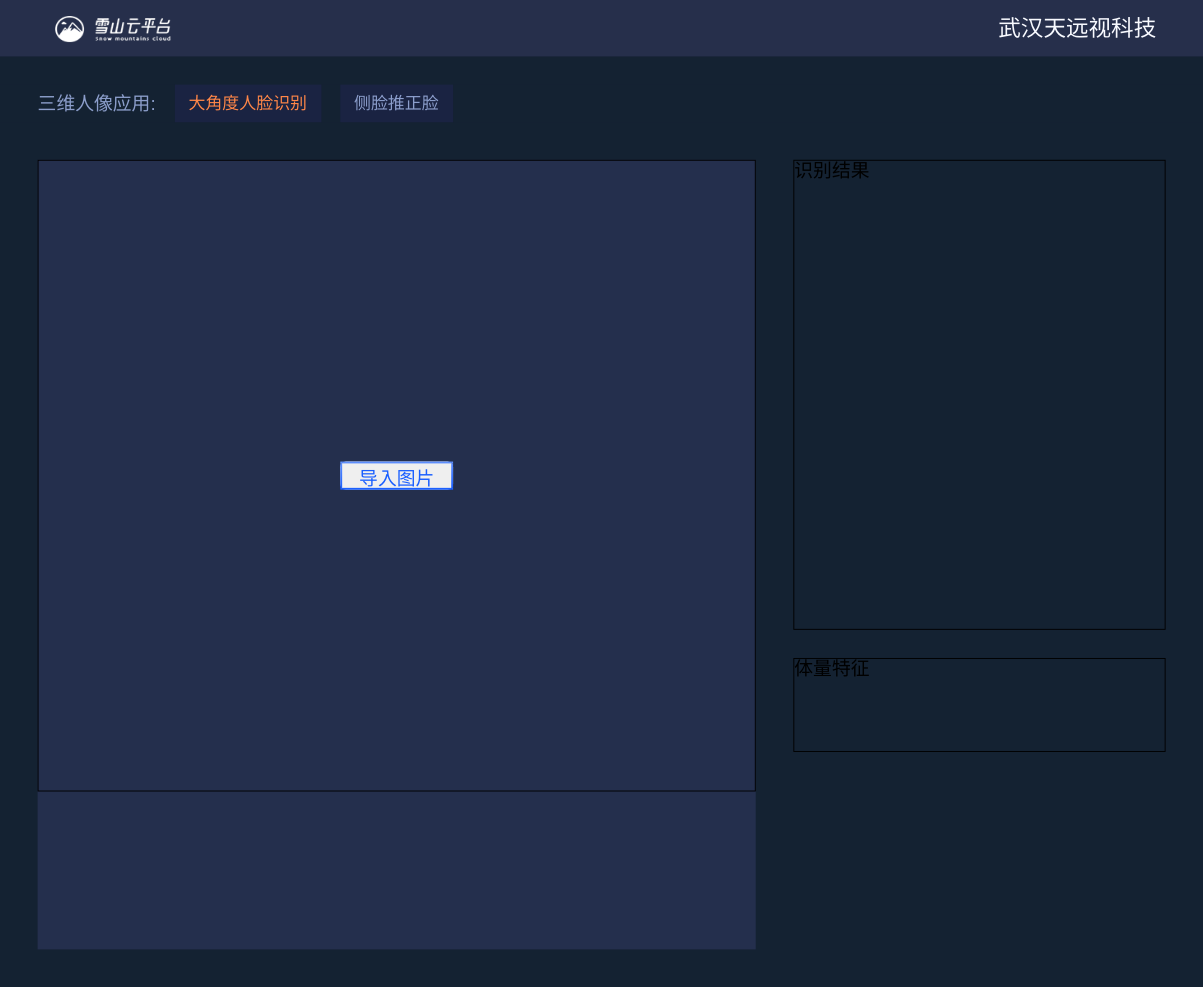
Repository: fyt2020/pubilcDemlo
Page: /
These files come from the project's save history. The page is drawn as it stood at one moment and after the next save; the edit follows.
The browser window is 1280 px wide. The pictures show the whole page, at 94% of full size.
The project was rebuilt for these pictures with package versions that can differ from the ones it lists, and the page was loaded fresh each time.

Above is the page before, as saved 2020-04-28 11:04:06.

### index.html
<!DOCTYPE html>
<html>
  <head>
    <meta charset="utf-8">
    <meta name="viewport" content="width=device-width,initial-scale=1.0">
    <title>pubilcdemo</title>
    <script src="./static/config.js"></script>
    <script src="./static/main.js"></script>
  </head>
  <body>
    <div id="app"></div>
    <!-- built files will be auto injected -->
  </body>
</html>

### src/main.js
// The Vue build version to load with the `import` command
// (runtime-only or standalone) has been set in webpack.base.conf with an alias.
import Vue from 'vue'
import App from './App'
import router from './router'
import '@/assets/css/reset.css'
import axios from '@/plugins/axios';

Vue.config.productionTip = false
Vue.prototype.$http = axios;
/* eslint-disable no-new */
new Vue({
  el: '#app',
  router,
  components: { App },
  template: '<App/>'
})

### src/router/index.js
import Vue from 'vue'
import Router from 'vue-router'
import Home from '@/pages/Home'

Vue.use(Router)

export default new Router({
  linkExactActiveClass: "exactActive",
  linkActivesClass: "active",
  routes: [
    {
      path: '/',
      name: 'home',
      component: Home,
      meta:{
        needTooken:false
      },
      redirect:'/bigAngle',
      children:[
        {
          path: 'bigAngle',
          name: 'bigAngle',
          component: () => import("@/pages/bigAngle"),
          meta:{
            needTooken:false
          },

        },
        {
          path: 'face',
          name: 'face',
          component: () => import("@/pages/face"),
          meta:{
            needTooken:false
          },

        }

      ]
    }
  ]
})

### src/assets/css/reset.css
@charset "UTF-8";
/**
 * @desc pc端常用reset.css
 * @author archer
 * @date 2018-08-26
 */
html,body,div,p,ul,li,dl,dt,dd,em,i,span,a,img,input,h1,h2,h3,h4,h5,nav,section,footer,header,table,tr,th,td,ul,li{margin:0;padding:0;box-sizing: border-box;}
h1,h2,h3,h4,h5,h6{font-weight:normal}
i,em,b{font-style:normal}
article,aside,details,figcaption,figure,footer,header,menu,nav,section {display: block;}
a,img,input {border:none;}
a {text-decoration:none;}
a:hover, a:active {outline: none;}
ul,li{list-style: none}
button,input,select,textarea{font-size:100%;outline:none}
table{border-collapse:collapse;border-spacing:0}
html, body {width: 100%;height: 100%;}
body{font-family:"Helvetica Neue",Helvetica, Arial,sans-serif; font-size: 14px;line-height:1}

### src/pages/Home.vue
<template>
  <div class="home">
      <div class="header">
           <div class="header__left">
                <img src="../assets/img/logo1.png" alt="" class="logo_img">

           </div>
           <div class="header__right">
                <span>武汉天远视科技</span>
           </div>
      </div>
      <div class="navigation">
            <span class="navigation__title">三维人像应用:</span>
            <router-link tag="li" :to="{name:'bigAngle'}" class="navigation__item">大角度人脸识别</router-link>
            <router-link tag="li" :to="{name:'face',params:{id:'self'}}" class="navigation__item">侧脸推正脸</router-link>
      </div>

      <div class="content">
         <router-view />
      </div>

  </div>
</template>

<script>
export default {
  data() {
    return {};
  },
  computed: {},
  created() {

  },
  mounted() {

  },
  methods: {

  },
  components: {}
};
</script>

<style lang="scss" scoped>
@import "~@/assets/css/home.scss";
</style>

### src/pages/bigAngle.vue
<template>
  <div class="bigAngle">
    <div class="bigAngle__left">
      <div class="left__top">
        <img :src="uploadImgUrl" alt class="uploadImg" v-if="uploadImgUrl" />
        <img
          src="../assets/img/delete.png"
          alt
          class="delete__img"
          v-show="closeKey"
          @click="close"
        />
        <button class="btn" @click="uploadFile2" v-if="btnKey">
          导入图片
          <form
            name="fileList"
            id="fileList"
            action="uploadURL"
            method="POST"
            enctype="multipart/form-data"
            class="file"
          >
            <input
              type="file"
              hidden
              @change="beforeUploadFile2($event)"
              id="upload_file2"
              class="file-inp"
            />
          </form>
        </button>
      </div>
      <!-- <div class="left__bottom">
        <span class="left__bottomT">识别目标</span>
        <ul class="recg__box">
          <li class="recg__item" v-for="item in angleImg" :key="item.id">
            <img :src="item.src" alt class="recg__itemImg"/>
          </li>
        </ul>
      </div> -->
    </div>
    <div class="bigAngle__right">
      <div class="right__top">
        <span class="right__topT">识别结果</span>
        <div id="WebGL-output"></div>
        <ul class="info__box" v-if="infoObj.collectNo">
          <li class="info__item">
            <span class="info__iteml">采集编号:</span>
            <span class="info__itemr">{{infoObj.collectNo}}</span>
          </li>
          <li class="info__item">
            <span class="info__iteml">性别:</span>
            <span class="info__itemr">{{infoObj.sex}}</span>
          </li>
          <li class="info__item">
            <span class="info__iteml">证件号:</span>
            <span class="info__itemr">{{infoObj.idNo}}</span>
          </li>
          <li class="info__item">
            <span class="info__iteml">采集时间:</span>
            <span class="info__itemr">{{infoObj.time}}</span>
          </li>
        </ul>
      </div>
      <div class="right__bottom">
           <span class="right__topT">体量特征</span>
           <ul class="tl__box" v-if="charData.length>0">
               <li class="tl__item" v-for="item in charData" :key="item.value">
                   <span class="tl__iteml same">{{item.title}}</span>
                   <span class="tl__itemr same">{{item.value}}</span>
               </li>
           </ul>
      </div>
    </div>
  </div>
</template>

<script>
import axios from 'axios'
export default {
  props: {},
  data() {
    return {
      btnKey: true,
      uploadImgUrl: "",
      closeKey: false,
      camera: null,
      renderer: null,
      boxHelper: null,
      animationId: null,
      modelObj: null,
      scene: null,
      infoObj: {
          collectNo:'',
          sex:'',
          time:'',
          idNo:''
      },
      charData:[],
      angleImg:[],

      source: 0
    };
  },
  computed: {},
  created() {},
  mounted() {},
  watch: {},
  methods: {
    close() {
      console.log($('#WebGL-output'))
      $('#WebGL-output').empty();
      this.uploadImgUrl = "";
      this.closeKey = false;
      this.btnKey = true;
      this.angleImg = [];
      this.charData =[];
      this.infoObj = {
          collectNo:'',
          sex:'',
          time:'',
          idNo:''
      },
      this.removeEntity(this.modelObj);
    },
    uploadFile2() {
      let file = document.getElementById("upload_file2");
      file.click();
    },
    beforeUploadFile2(e) {
      let VM = this;
      let files = e.target.files[0];
      let nameArr = e.target.files[0].name.split(".");
      let len = nameArr.length;
      let startName = e.target.files[0].name.split(".")[0];
      let endName = nameArr[len - 1];
      if (
        endName != "jpg" &&
        endName != "png" &&
        endName != "jpeg" &&
        endName != "JPG" &&
        endName != "PNG" &&
        endName != "JPEG"
      ) {
        VM.$Message.error(`上传图片格式不是jpg或png!`);
        return;
      }
      if (!files) {
        return;
      }
      this.btnKey = false;
      this.closeKey = true;
      let reader = new FileReader();
      reader.onloadend = function() {
        VM.uploadImgUrl = reader.result;
      };
      reader.readAsDataURL(files);
      this.angleImg = [{id:Math.floor(Math.random*100),src:`../../static/data/${startName}/${startName}_angle.jpg`}];
      this.INIT(400, 400, startName);
      this.getInfo(startName);
    },

    INIT(width, height, name) {
      let VM = this;
      //场景构建
      VM.scene = new THREE.Scene();
      //相机构建
      VM.camera = new THREE.PerspectiveCamera(45, width / height, 0.1, 2000); //四个参数 视场角 方向 最近距 最远距  fov对应着图中的视角，是上下两面的夹角。aspect是近平面的宽高比。
      // camera.lookAt( new THREE.Vector3(0, 0, 0));
      //渲染器构建
      VM.renderer = new THREE.WebGLRenderer({
        antialias: true
      });

      //设置背景颜色
      VM.renderer.setClearColor(0x484b5f);
      //三个参数 width height updateStyle第三个选填
      VM.renderer.setSize(width, height);
      //激活阴影
      VM.renderer.shadowMapEnabled = true;
      //添加材质灯光阴影
      var ambiColor = "ffffff";
      var ambientLight = new THREE.AmbientLight(ambiColor);
      VM.scene.add(ambientLight);

      //添加坐标系
      // var axes = new THREE.AxisHelper(100);
      // scene.add(axes);

      //添加网格
      // var helper = new THREE.GridHelper( 1000, 50 ,0x0000ff, 0xff8080);
      // scene.add(helper);
      VM.boxHelper = new THREE.BoxHelper();

      var controls = new THREE.OrbitControls(VM.camera, VM.renderer.domElement);
      //controls.target = new THREE.Vector3(0, 0, 0);
      // 使动画循环使用时阻尼或自转 意思是否有惯性
      controls.enableDamping = true;
      //动态阻尼系数 就是鼠标拖拽旋转灵敏度
      controls.dampingFactor = 0.25;
      //是否可以缩放
      controls.enableZoom = true;
      //是否自动旋转
      controls.autoRotate = false;
      //设置相机距离原点的最近距离
      //controls.minDistance = 200;
      //设置相机距离原点的最远距离
      //controls.maxDistance = 600;
      //是否开启右键拖拽
      controls.enablePan = true;
      //上下旋转范围
      controls.minPolarAngle = 0;
      controls.maxPolarAngle = Math.PI * (90 / 180);
      //左右旋转范围
      controls.minAzimuthAngle = -Math.PI * (60 / 180);
      controls.maxAzimuthAngle = Math.PI * (60 / 180);

      controls.panSpeed = 0.2;
      controls.rotateSpeed = 0.1;
      //模型
      var onProgress = function(xhr) {
        // if (xhr.lengthComputable) {
        //   //可计算的长度
        //   var percentCompvare = (xhr.loaded / xhr.total) * 100; //加载程度百分比
        //   var elem = document.getElementById("myBar");
        //   var width = parseInt(percentCompvare);
        //   elem.style.width = width + "%";
        //   $(".loading").text("正在下载:" + parseInt(percentCompvare) + "%");
        // }
      };
      var onError = function(xhr) {
        // $(".loading")
        //   .show()
        //   .text("下载失败");
        return;
      };

      var modelPath = `../../static/data/${name}`;
      var objLoader = new THREE.OBJLoader2();
      var callbackOnLoad = function(event) {
        VM.modelObj = event.detail.loaderRootNode;
        VM.modelObj.name = `${name}`;
        VM.modelObj.scale.set(1.9, 1.9, 1.9);
        VM.modelObj.children[0].geometry.computeBoundingBox();
        VM.modelObj.rotation.x = THREE.Math.degToRad(-88);
        VM.modelObj.children[0].geometry.center();
        VM.boxHelper.setFromObject(VM.modelObj);
        let center = VM.boxHelper.geometry.boundingSphere.center;
        let radius = VM.boxHelper.geometry.boundingSphere.radius;
        let cameraPos = new THREE.Vector3(
          center.x + VM.modelObj.position.x,
          center.y + VM.modelObj.position.y,
          radius * 2.2 + center.z + VM.modelObj.position.z
        );
        let lookPos = new THREE.Vector3(
          center.x + VM.modelObj.position.x,
          center.y + VM.modelObj.position.y,
          center.z + VM.modelObj.position.z
        );
        VM.camera.position.copy(cameraPos);
        controls.target = lookPos;
        VM.camera.lookAt(lookPos);
        VM.scene.add(VM.modelObj);
      };
      let typeObj = VM.source == "1" ? "textured" : "cut";
      objLoader.loadMtl(modelPath + `/${typeObj}_mesh.mtl`, null, function(
        materialCreator
      ) {
        materialCreator[`${typeObj}_mesh`].opacity = 1; // new THREE.Color(1,1,1)
        objLoader.setMaterials(materialCreator);
        objLoader.setLogging(true, true);
        objLoader.load(
          modelPath + `/${typeObj}_mesh.obj`,
          callbackOnLoad,
          onProgress,
          onError,
          null,
          false
        );
      });
      VM.camera.lookAt(VM.scene.position);
      //在页面上添加渲染器，dom元素
      $("#WebGL-output").append(VM.renderer.domElement);
      renderScene();
      VM.getModelTxt(name);
      function renderScene() {
        var clock = new THREE.Clock();
        var delta = clock.getDelta(); //三角点
        controls.update();
        VM.camera.updateProjectionMatrix();
        VM.animationId = requestAnimationFrame(renderScene); //请求动画框架
        VM.renderer.render(VM.scene, VM.camera);
      }
    },
    clearRenderer() {
      let VM = this;
      VM.renderer.dispose();
      VM.renderer.forceContextLoss();
      VM.renderer.context = null;
      VM.renderer.domElement = null;
      VM.renderer = null;
    },
    getModelTxt(name) {
      let VM = this;
      let id = new Date().getTime();
      let params = {
        headers: {
          "Content-Type": "text/plain;charset=utf-8"
        },
        responseType: "text/json",
        inCharset: "utf-8",
        outCharset: "utf-8",
        timeout: 30000,
        random: id
      };
      axios
        .get(
          `../../static/data/${name}/face_points_distance.txt`,
        )
        .then(function(res) {
            let newData = res.data.split("\r\n");
            let len = newData.length;
            for (var i = 0; i < len; i++) {
              let obj = {};
              if (newData[i]) {
                let k = newData[i].split(":")[0];
                let v = newData[i].split(":")[1];
                obj['title'] = k;
                obj['value'] = v;
              }
              VM.charData.push(obj)
            }
        })
        .catch(function(error) {
          console.log(error);
        });
    },
    getInfo(name) {
      let VM = this;
      this.$http.api
        .get(`../../static/data/${name}/${name}.json`)
        .then(function(res) {
          if (res.data.code === 0) {
            let data = res.data.result;
            VM.infoObj = data
          }
        })
        .catch(function(error) {
          console.log(error);
        });
    },
    //移除模型
    removeEntity(object) {
      let selectedObject = this.scene.getObjectByName(object.name);
      // console.log('renderer.renderLists',this.renderer.renderLists)
      selectedObject.traverse(function(item) {
        if (item instanceof THREE.Mesh) {
          item.geometry.dispose(); //删除几何体
          //item.material.dispose(); //删除材质
          if (Array.isArray(item.material)) {
            item.material.forEach(function(i) {
              i.dispose(); //删除材质
            });
          } else {
            item.material.dispose();
          }
        }
      });
      this.scene.remove(selectedObject);
      this.renderer.dispose();
      this.renderer.clear();
      this.renderer.renderLists.dispose();
      this.modelObj = null;
      THREE.Cache.clear();
    }
  },
  beforeDestroy() {},
  components: {}
};
</script>

<style scoped lang="scss">
@import "@/assets/css/bigAngle.scss";
</style>

### src/assets/css/home.scss

@import "@/assets/css/func.scss";
.home{
    font-size: 20px;
    width: 100vw;
    height: 100vh;
    background-color: #142232;
    .header{
        width: 100%;
        height: 60px;
        background-color: #262f4b;
        display: flex;
        align-items: center;
        color:  #f8faff;;
        justify-content: space-between;
        padding: 0 50px;
        font-size: 24px;
        .header__left{
            height: 100%;
            display: flex;
            align-items: center;
            .logo_img{
                width: 141px;
                height: 35px;
            }
        }
        .header__right{
            height: 100%;
            display: flex;
            align-items: center;
        }
    }
    .navigation{
        width: 100%;
        height: 40px;
        display: flex;
        align-items: center;
        box-sizing: border-box;
        background-color: #142232;
        color:  #8c9ecb;
        padding: 0 40px;
        margin-top: 30px;
        .navigation__title{
            margin-right: 20px;
        }
        &__item{
            height: 40px;
            line-height: 40px;
            box-sizing: border-box;
            padding: 0 15px;
            margin-right: 20px;
            font-size: 18px;
            color: #8c9ecc;
            background-color:  #1a2342;
        }
        &__item.exactActive{
             display: flex;
             color: #ff8748;
            //  background: url('#{$img}/qhbtn.png') no-repeat center;
             background-size: 100% 100%;

        }
    }
    .content{
        // height: calc(100% - 120px);
        width: 100%;
        padding: 40px;
        background-color: #142232;
    }
}

### src/assets/css/func.scss
// @function px2Rem($px, $base-font-size: 19.2px) {
//     @if (unitless($px)) { //有无单位
//       @return ($px / 19.2) * 1rem;
//     } @else if (unit($px) == em) {
//       @return $px;
//     }
//     @return ($px / $base-font-size) * 1rem;
// }

$img:"../../assets/img";

### src/assets/css/bigAngle.scss
.bigAngle{
     display: flex;
     width: 100%;
     height: 100%;
     .bigAngle__left{
        width: 994px;
        height: 840px;
        margin-right: 40px;
        display: flex;
        flex-direction: column;
        background-color: #242f4d;
        .left__top{
             width: 100%;
             height: 80%;
             border: 1px solid black;
             margin-bottom: 20px;
             display: flex;
             align-items: center;
             justify-content: center;
             position: relative;
             .uploadImg{
                height: 100%;
             }
             .delete__img{
                position: absolute;
                width: 36px;
                height: 36px;
                right: 20px;
                top:20px;
                transition: all 0.1 linear;
                z-index: 2100;
                cursor: pointer;
             }
             .btn{
                 position: absolute;
                 outline: none;
                 border-style: solid;
                 border-width: 2px;
                 border-image-source: linear-gradient(0deg,#1a5fff 0%, #5f8ffd 100%);
                 border-image-slice: 1;
                 width: 120px;
                 height: 30px;
                 line-height: 30px;
                 color: #1a5fff;
                 border-radius: 6px;
                 z-index: 9999;
             }
        }
        .left__bottom{
            width: 100%;
            height: 15%;
            border: 1px solid black;
            .left__bottom{

            }
            .recg__box{

                display: flex;
                align-items: center;
                justify-content: flex-start;
                .recg__item{
                    width: 100px;
                    height: 100px;
                    .recg__itemImg{

                        height: 100%;
                    }
                }
            }
        }
     }
     .bigAngle__right{
        width: 33%;
        height: 100%;


        .right__top{
            border: 1px solid black;
            width: 100%;
            height: 500px;
            position: relative;
            margin-bottom: 30px;
            .right__topT{

            }
            #WebGL-output{
                width: 400px;
                height: 400px;
            }
            .info__box{
                position: absolute;
                right: 0;
                bottom: 0;
                width: 300px;
                height: 200px;
                background-color: black;
                display: flex;
                flex-direction: column;

                color: blanchedalmond;


            }
        }
        .right__bottom{

            border: 1px solid black;
            width: 100%;
            height: 100px;
            .right__topT{

            }
            .tl__box{
                display: flex;

                .tl__item{



                 .same{




                 }
                 .tl__iteml{

                 }
                 .tl__itemr{

                 }
                }
            }


        }

     }
}

### static/config.js
window.BASEURL = {
     type:'id',

     imgUrl__collectNo:'srlp1576136811447'
};

Loaded but not shown: src/App.vue (common file); src/plugins/axios.js (library)

After the next save:
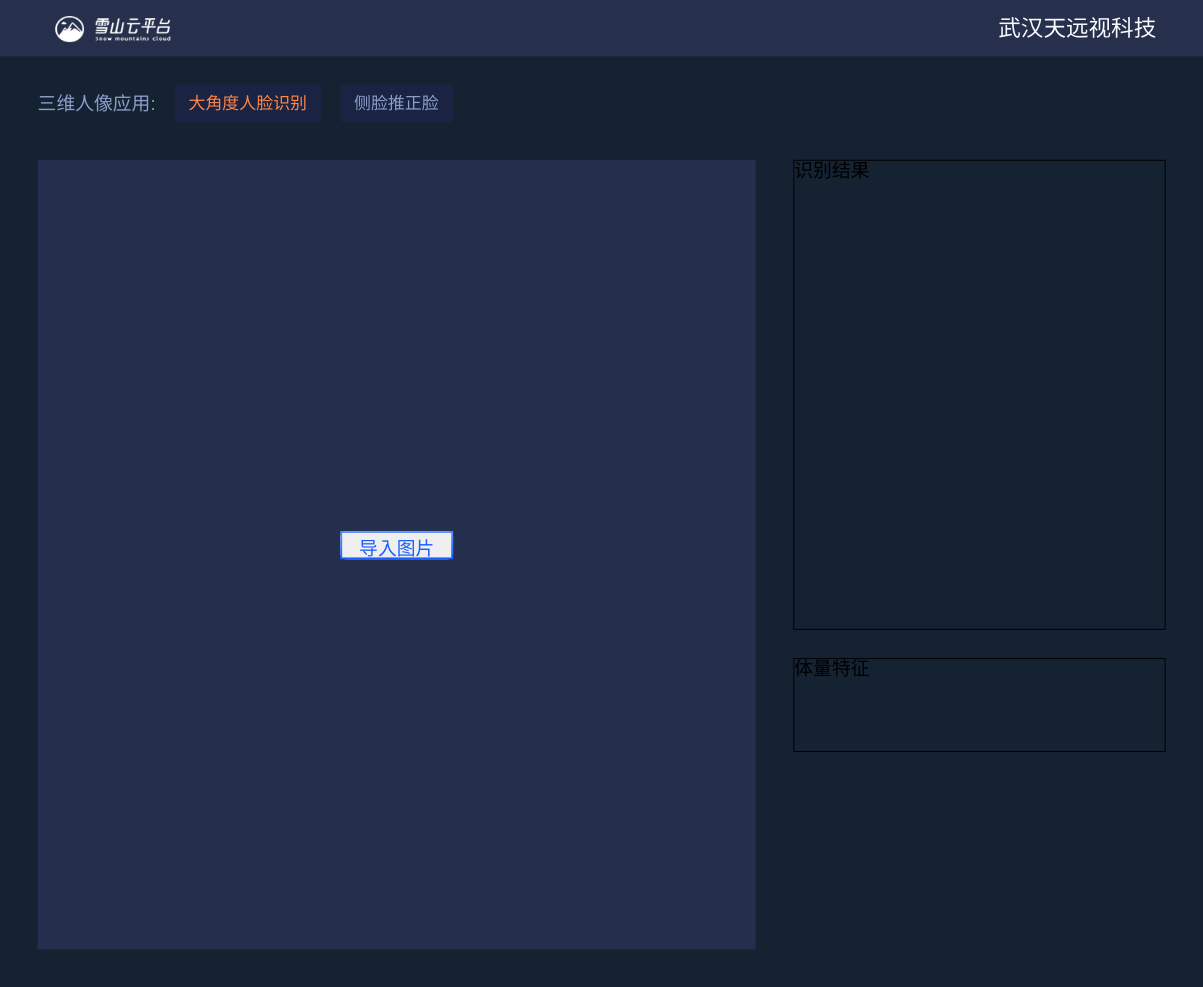
Saved 8 s later.
--- a/src/assets/css/bigAngle.scss
+++ b/src/assets/css/bigAngle.scss
@@ -11,8 +11,8 @@
         background-color: #242f4d;
         .left__top{
              width: 100%;
-             height: 80%;
-             border: 1px solid black;
+             height: 100%;
+            //  border: 1px solid black;
              margin-bottom: 20px;
              display: flex;
              align-items: center;
